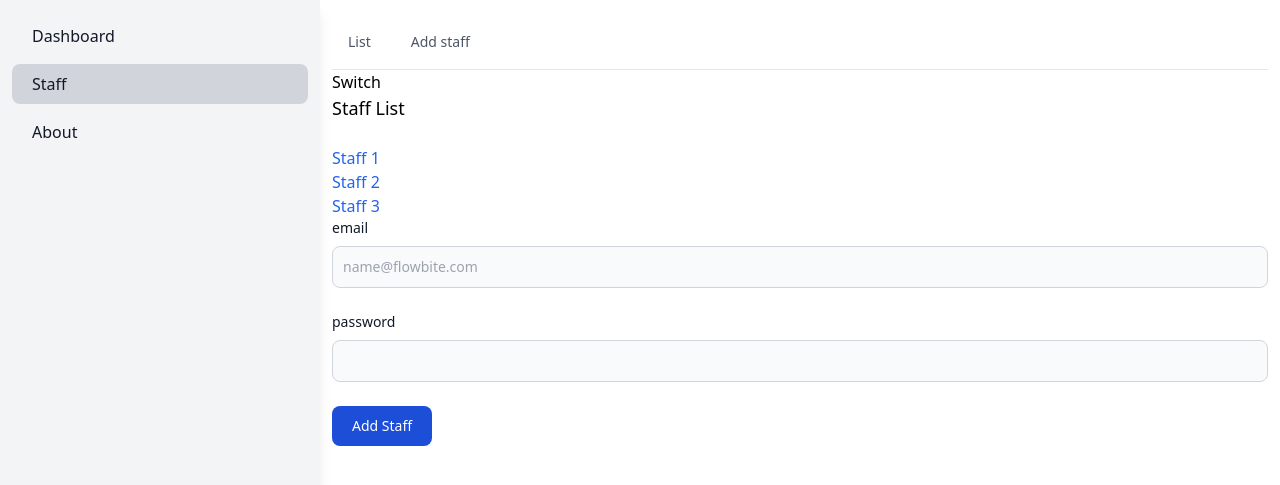
Repository: daohuyhoang9119/React-Router-6.4--Practice
Page: /staff
The author's editor kept a copy of each file at every save. The page is drawn from the files as they stood at one save, then again after the next save.
The browser window is 1280 px wide. The pictures show the whole page.
The project was rebuilt for these pictures with package versions that can differ from the ones it lists, and the page was loaded fresh each time. Also part of the build but not shown: src/pages/404/Page404.tsx, src/pages/About/About.tsx, src/pages/Dashboard/Dashboard.tsx, src/components/StaffItem/StaffItem.tsx.

Above is the page before, as saved 2022-11-07 23:33:40.

### src/App.tsx
import AddStaff from 'components/AddStaff'
import StaffList from 'components/StaffList'
import MainLayout from 'layouts/MainLayout'
import Page404 from 'pages/404'
import About from 'pages/About'
import Dashboard from 'pages/Dashboard'
import Staff from 'pages/Staff'
import { Route, Routes } from 'react-router-dom'
import StaffItem from './components/StaffItem/StaffItem'

function App() {
  return (
    <div className='App'>
      <MainLayout>
        <Routes>
          <Route path='/' element={<Dashboard />} />
          <Route path='/about' element={<About />} />
          <Route path='/staff' element={<Staff />} />
          <Route path='/staff/:id' element={<StaffItem />} />
          <Route path='/staff/add' element={<AddStaff />} />
          <Route path='/staff/list' element={<StaffList />} />
          <Route path='*' element={<Page404 />}></Route>
        </Routes>
      </MainLayout>
    </div>
  )
}

export default App

### src/components/AddStaff/index.ts
import AddStaff from './AddStaff'

export default AddStaff

### src/components/StaffList/index.tsx
import StaffList from './StaffList'

export default StaffList

### src/pages/404/index.ts
import Page404 from './Page404'

export default Page404

### src/pages/Staff/index.ts
import Staff from './Staff'

export default Staff

### src/components/AddStaff/AddStaff.tsx
export default function AddStaff() {
  return (
    <form>
      <div className='mb-6'>
        <label htmlFor='email' className='mb-2 block text-sm font-medium text-gray-900 '>
          email
        </label>
        <input
          type='email'
          id='email'
          className='block w-full rounded-lg border border-gray-300 bg-gray-50 p-2.5 text-sm text-gray-900 focus:border-blue-500 focus:ring-blue-500 '
          placeholder='name@flowbite.com'
          required
        />
      </div>
      <div className='mb-6'>
        <label htmlFor='password' className='mb-2 block text-sm font-medium text-gray-900 '>
          password
        </label>
        <input
          type='password'
          id='password'
          className='block w-full rounded-lg border border-gray-300 bg-gray-50 p-2.5 text-sm text-gray-900 focus:border-blue-500 focus:ring-blue-500 '
          required
        />
      </div>

      <button
        type='submit'
        className='w-full rounded-lg bg-blue-700 px-5 py-2.5 text-center text-sm font-medium text-white hover:bg-blue-800 focus:outline-none focus:ring-4 focus:ring-blue-300  sm:w-auto'
      >
        Add Staff
      </button>
    </form>
  )
}

### src/components/StaffList/StaffList.tsx
import { Link } from 'react-router-dom'

export default function StaffList() {
  return (
    <div>
      <h1 className='mb-6 text-lg'>Staff List</h1>
      <ul>
        <li>
          <Link to='/staff/1' className='font-medium text-blue-600 hover:underline dark:text-blue-500'>
            Staff 1
          </Link>
        </li>
        <li>
          <Link to='/staff/2' className='font-medium text-blue-600 hover:underline dark:text-blue-500'>
            Staff 2
          </Link>
        </li>
        <li>
          <Link to='/staff/3' className='font-medium text-blue-600 hover:underline dark:text-blue-500'>
            Staff 3
          </Link>
        </li>
      </ul>
    </div>
  )
}

### src/layouts/MainLayout/MainLayout.tsx
import React from 'react'
import { Route, Link, NavLink } from 'react-router-dom'

interface Props {
  children?: React.ReactNode
}
export default function MainLayout({ children }: Props) {
  return (
    <div className='grid min-h-screen grid-cols-4'>
      <aside className='col-span-1' aria-label='Sidebar'>
        <div className='h-full overflow-y-auto bg-gray-100 py-4 px-3 shadow-lg'>
          <ul className='space-y-2'>
            <li>
              <NavLink
                to='/'
                end
                // className='flex items-center rounded-lg bg-gray-300 p-2 text-base font-normal text-gray-900 hover:bg-gray-300'
                className={({ isActive }) => {
                  const activeClass = isActive ? 'bg-gray-300 font-bold' : ''
                  return `flex items-center rounded-lg ${activeClass} p-2 text-base font-normal text-gray-900 hover:bg-gray-300`
                }}
              >
                <span className='ml-3'>Dashboard</span>
              </NavLink>
            </li>
            <li>
              <NavLink
                to='/staff'
                className={({ isActive }) => {
                  const activeClass = isActive ? 'bg-gray-300 font-bold' : ''
                  return `flex items-center rounded-lg ${activeClass} p-2 text-base font-normal text-gray-900 hover:bg-gray-300`
                }}
              >
                <span className='ml-3'>Staff</span>
              </NavLink>
            </li>
            <li>
              <NavLink
                to='/about'
                className={({ isActive }) => {
                  const activeClass = isActive ? 'bg-gray-300 font-bold' : ''
                  return `flex items-center rounded-lg ${activeClass} p-2 text-base font-normal text-gray-900 hover:bg-gray-300`
                }}
              >
                <span className='ml-3'>About</span>
              </NavLink>
            </li>
          </ul>
        </div>
      </aside>
      <main className='col-span-3 h-full py-4 px-3'>{children}</main>
    </div>
  )
}

### src/pages/Staff/Staff.tsx
import AddStaff from 'components/AddStaff'
import StaffList from 'components/StaffList'
import { Link, NavLink } from 'react-router-dom'
export default function Staff() {
  return (
    <div>
      <div className='border-b border-gray-200 text-center text-sm font-medium text-gray-500  '>
        <ul className='-mb-px flex flex-wrap'>
          <li className='mr-2'>
            <NavLink
              to='/staff/list'
              className={(isActive) => {
                const activeColor = 'border-gray-300 text-gray-600'
                const activeted = isActive ? activeColor : ''
                return `inline-block rounded-t-lg border-b-2 ${activeted} border-transparent p-4 hover:border-blue-600 hover:text-blue-600`
              }}
            >
              List
            </NavLink>
          </li>
          <li className='mr-2'>
            <NavLink
              to='/staff/add'
              className={(isActive) => {
                const activeColor = 'border-gray-300 text-gray-600'
                const activeted = isActive ? activeColor : ''
                return `inline-block rounded-t-lg border-b-2 ${activeted} border-transparent p-4 hover:border-blue-600 hover:text-blue-600`
              }}
              aria-current='page'
            >
              Add staff
            </NavLink>
          </li>
        </ul>
      </div>
      Switch
      <StaffList />
      {/* <Link to='/staff/add' className='font-medium text-blue-600 hover:underline dark:text-blue-500'>
        Add staff
      </Link> */}
      <AddStaff />
    </div>
  )
}

Loaded but not shown: public/index.html (common file); src/index.tsx (common file); src/index.css (common file); src/reportWebVitals.ts (common file); src/layouts/MainLayout/index.ts (common file); src/pages/About/index.ts (common file); src/pages/Dashboard/index.ts (common file); tailwind.config.js (common file)

After the next save:
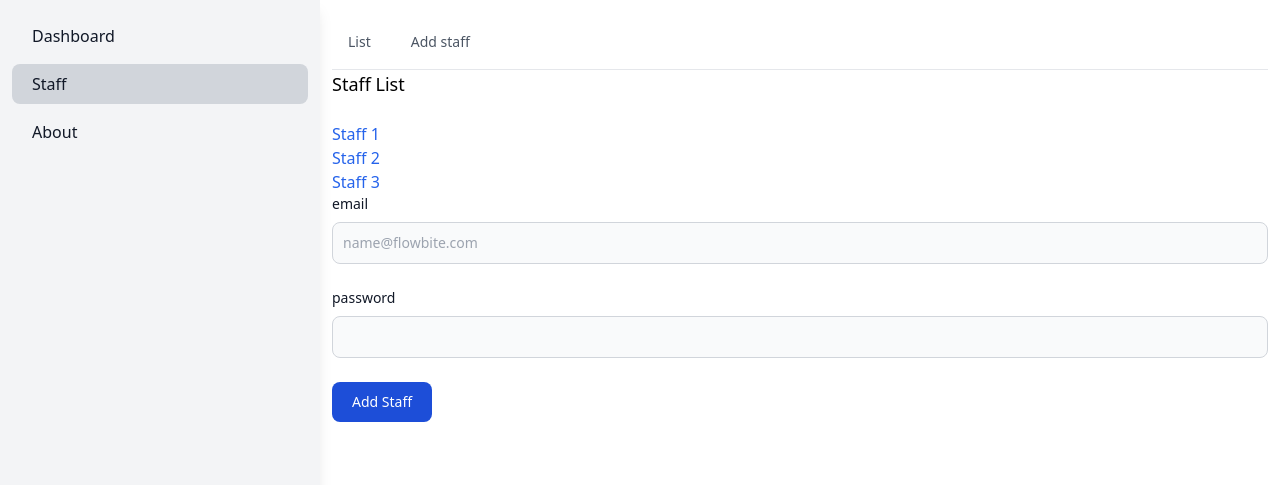
Saved 112 s later.
--- a/src/pages/Staff/Staff.tsx
+++ b/src/pages/Staff/Staff.tsx
@@ -33,7 +33,7 @@ export default function Staff() {
           </li>
         </ul>
       </div>
-      Switch
+
       <StaffList />
       {/* <Link to='/staff/add' className='font-medium text-blue-600 hover:underline dark:text-blue-500'>
         Add staff
